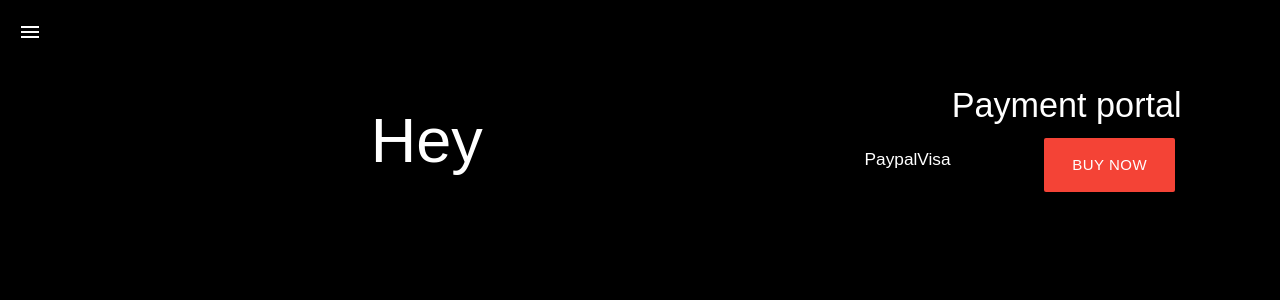
Repository: Ajtheult/final-project
Page: /cart
These files come from the project's save history. The page is drawn as it stood at one moment and after the next save; the edit follows.
The browser window is 1280 px wide. The pictures show the whole page.
Some web fonts or font styles are not loaded; a fallback is used. Some web libraries are served in a nearby version. The project was rebuilt for these pictures with package versions that can differ from the ones it lists, and the page was loaded fresh each time. Also part of the build but not shown: src/layout/pages/LandingPage.js, src/layout/pages/About.js, src/layout/pages/catalogue/Keys.js, src/layout/pages/catalogue/String.js, src/layout/pages/catalogue/Woodwind.js, src/layout/pages/catalogue/Percussion.js, src/layout/pages/login/Login.js, src/layout/pages/login/NewSignUp.js.

Above is the page before, as saved 2020-07-23 10:36:56.

### public/index.html
<!DOCTYPE html>
<html lang="en">
  <head>
    <meta charset="utf-8" />
    <link rel="icon" type="image/png" href="favicon.png" />
    <meta name="viewport" content="width=device-width, initial-scale=1" />
    <meta name="theme-color" content="#000000" />
    <meta
      name="description"
      content="Web site created using create-react-app"
    />

    <link rel="manifest" href="%PUBLIC_URL%/manifest.json" />

    <link
      rel="stylesheet"
      href="https://fonts.googleapis.com/icon?family=Material+Icons"
    />
    <link
      rel="stylesheet"
      href="https://cdnjs.cloudflare.com/ajax/libs/animate.css/4.0.0/animate.min.css"
    />
    <link
      href="https://fonts.googleapis.com/css2?family=Gruppo&family=Qwigley&display=swap"
      rel="stylesheet"
    />

    <title>Ling Ling 40 Hours</title>
  </head>
  <body>
    <noscript>You need to enable JavaScript to run this app.</noscript>
    <div id="root"></div>
  </body>
</html>

### src/index.js
import React from "react";
import ReactDOM from "react-dom";

import "materialize-css/dist/css/materialize.min.css";

import App from "./App";

ReactDOM.render(
  <React.StrictMode>
    <App />
  </React.StrictMode>,
  document.getElementById("root")
);

### src/App.js
import React from "react";
import "./App.css";
import Navbar from "./layout/nav/Navbar";
import LandingPage from "./layout/pages/LandingPage";
import About from "./layout/pages/About";
import Keys from "./layout/pages/catalogue/Keys";
import String from "./layout/pages/catalogue/String";
import Woodwind from "./layout/pages/catalogue/Woodwind";
import Percussion from "./layout/pages/catalogue/Percussion";
import Login from "./layout/pages/login/Login";
import Cart from "./layout/pages/Cart";
import NewSignUp from "./layout/pages/login/NewSignUp";

import { BrowserRouter as Router, Switch, Route } from "react-router-dom";

function App() {
  return (
    <Router>
      <div className="App">
        <Navbar />
        <Switch>
          <Route path="/" exact component={LandingPage} />
          <Route path="/about" component={About} />
          <Route path="/login" component={Login} />
          <Route path="/cart" component={Cart} />
          <Route path="/keys" component={Keys} />
          <Route path="/string" component={String} />
          <Route path="/woodwind" component={Woodwind} />
          <Route path="/percussion" component={Percussion} />
          <Route path="/new-sign-up" component={NewSignUp} />
        </Switch>
      </div>
    </Router>
  );
}

export default App;

### src/App.css
.App {
  text-align: center;
}

/* The text colour is white thats why its not showing */

.text-nav {
  margin-left: 55%;
  font-size: 25px;
}

.a-text-nav {
  font-size: 25px;
}

.size {
  font-size: 30px;
}

img.bg {
  /* Set rules to fill background */
  min-height: 100%;
  min-width: 1024px;

  /* Set up proportionate scaling */
  width: 100%;
  height: auto;

  /* Set up positioning */
  position: fixed;
  top: 0;
  left: 0;
  z-index: -1;
}

div.admin-bg {
  /* Set rules to fill background */
  min-height: 100%;
  min-width: 1024px;

  /* Set up proportionate scaling */
  width: 100%;
  height: auto;

  /* Set up positioning */
  position: fixed;
  top: 0;
  left: 0;
  z-index: -1;
  background-color: black;
}

@media screen and (max-width: 1024px) {
  /* Specific to this particular image */
  img.bg {
    left: 50%;
    margin-left: -512px; /* 50% */
  }

  div.admin-bg {
    left: 50%;
    margin-left: -512px; /* 50% */
  }
}

h1,
h2,
h3,
h4,
h5,
h6,
p {
  color: white;
}

.myback {
  height: 220px;
  width: 300px;
}

.centered {
  position: absolute;
  top: 40%;
  left: 50%;
  transform: translate(-50%, -50%);
  font-size: 140px;
  font-family: "Qwigley", cursive;
  color: rgb(255, 255, 255);
}
/* Login-Start */
body {
  font-family: sans-serif;
  background-color: black;
  background-size: cover;
}

.sign {
  text-align: left;
  margin-left: 20px;
  font-size: 22px;
  font-family: serif;
  color: black;
}
.my_login-box {
  width: 300px;
  position: absolute;
  top: 50%;
  left: 50%;
  transform: translate(-50%, -50%);
}

.my_login-box h1 {
  font-size: 30px;
  margin-bottom: 30px;
  padding: 5px;
  font-family: Times, serif;
  color: black;
}

.my_textbox {
  width: 100%;
  overflow: hidden;
  font-size: 20px;
  padding: 8px;
  margin: 8px;
}

.my_textbox input {
  border: none;
  outline: none;
  background: none;
  color: white;
  font-size: 18px;
  width: 80%;
  float: left;
  margin: 0 10px;
}

.my_btn {
  width: 100%;
  background-color: black;
  border: 10px solid black;
  color: rgb(255, 255, 255);
  padding: 5px;
  font-size: 18px;
  cursor: pointer;
  margin: 12px;
}
/* Login-End */

.colour_of_about_text {
  color: white;
  font-size: 30px;
}

.text-colour {
  color: black;
}

.move_down {
  margin-top: 50%;
}

.card_text_colour {
  color: black;
  font-size: 18px;
  text-align: left;
}

.price {
  margin-top: -10px;
  text-align: left;
}

.cart-btn {
  margin-top: 10px;
}

.headings_popup {
  text-align: left;
}

.instrument_sections {
  color: black;
  font-family: "Qwigley", cursive;
  font-size: 80px;
  margin-top: -5px;
  text-shadow: 2px 0 0 #fff, -2px 0 0 #fff, 0 2px 0 #fff, 0 -2px 0 #fff,
    1px 1px #fff, -1px -1px 0 #fff, 1px -1px 0 #fff, -1px 1px 0 #fff;
}

.about {
  font-family: "Qwigley", cursive;
  font-size: 180px;
  color: black;
  text-shadow: 2px 0 0 #fff, -2px 0 0 #fff, 0 2px 0 #fff, 0 -2px 0 #fff,
    1px 1px #fff, -1px -1px 0 #fff, 1px -1px 0 #fff, -1px 1px 0 #fff;
}

.questions {
  font-family: "Gruppo", cursive;
}

.move_this_up {
  margin-top: -10px;
}

.move_my_products {
  margin-top: -70px;
}

.about_us_move {
  margin-left: 50%;
  margin-top: 19%;
  position: absolute;
  padding: 20px;
  transform: translate(-50%, -50%);
}

.gender_colour {
  color: black;
}

.the_container {
  width: 50%;
}

.move_this_row {
  margin-top: -80px;
}

.sign_up_head {
  font-family: "Qwigley", cursive;
  font-size: 100px;
  color: black;
  text-shadow: 2px 0 0 #fff, -2px 0 0 #fff, 0 2px 0 #fff, 0 -2px 0 #fff,
    1px 1px #fff, -1px -1px 0 #fff, 1px -1px 0 #fff, -1px 1px 0 #fff;
}

### src/layout/nav/Navbar.js
/* eslint-disable jsx-a11y/anchor-is-valid */
import React, { Component } from "react";
import M from "materialize-css/dist/js/materialize.min.js";
import "../../App.css";
import logo from "./logo.jpg";
import mybackground from "./mybackground.jpg";
import { Link } from "react-router-dom";

export class Navbar extends Component {
  componentDidMount() {
    document.addEventListener("DOMContentLoaded", function () {
      var elems = document.querySelectorAll(".sidenav");
      // eslint-disable-next-line
      var instances = M.Sidenav.init(elems, {});
    });
  }

  render() {
    return (
      <div>
        <nav>
          <div className="nav-wrapper black">
            <a
              data-target="slide-out"
              className="sidenav-trigger show-on-large"
            >
              <i className="material-icons">menu</i>
            </a>
          </div>
        </nav>
        <ul id="slide-out" className="sidenav">
          <li>
            <div className="user-view">
              <div className="background">
                <img src={mybackground} className="myback" alt="background" />
              </div>
              <a href="/">
                <img className="circle" src={logo} alt="logo" />
              </a>

              <span className="white-text name size">40 hours</span>
              <br />
            </div>
          </li>
          <Link to="/">
            <li>Home</li>
          </Link>
          <Link to="/about">
            <li>About Us</li>
          </Link>
          <li>
            <div className="divider"></div>
          </li>

          <li>
            <div className="subheader">User</div>
          </li>

          <Link to="/login">
            <li>Login</li>
          </Link>
          <Link to="/new-sign-up">
            <li>Sign up</li>
          </Link>

          <Link to="/cart">
            <li>Cart</li>
          </Link>
          <li>
            <div className="divider"></div>
          </li>

          <li>
            <div className="subheader">Catalogue</div>
          </li>

          <Link to="/keys">
            <li>Keys</li>
          </Link>
          <Link to="/string">
            <li>String</li>
          </Link>
          <Link to="/woodwind">
            <li>Woodwind</li>
          </Link>
          <Link to="/percussion">
            <li>Percussion</li>
          </Link>
          <li>
            <div className="divider"></div>
          </li>
          <li>
            <div className="subheader">My Portfolio</div>
          </li>
          <li>
            <a
              className="waves-effect"
              href="https://ajtheult.github.io/portfolio-v3/"
            >
              Asaph Franks
            </a>
          </li>
        </ul>
      </div>
    );
  }
}

export default Navbar;

### src/layout/pages/Cart.js
import React from "react";
import "../../App.css";

const Cart = () => {
  return (
    <div>
      <div class="row">
        <div class="col s8">
          <h1>Hey</h1>
        </div>

        <div class="col s4">
          <h4>Payment portal</h4>
          <h6 className="left">Paypal</h6>
          <h6 className="left">Visa</h6>
          <a class="waves-effect waves-light btn-large red" href="#h">
            Buy now
          </a>
        </div>
      </div>
    </div>
  );
};

export default Cart;

After the next save:
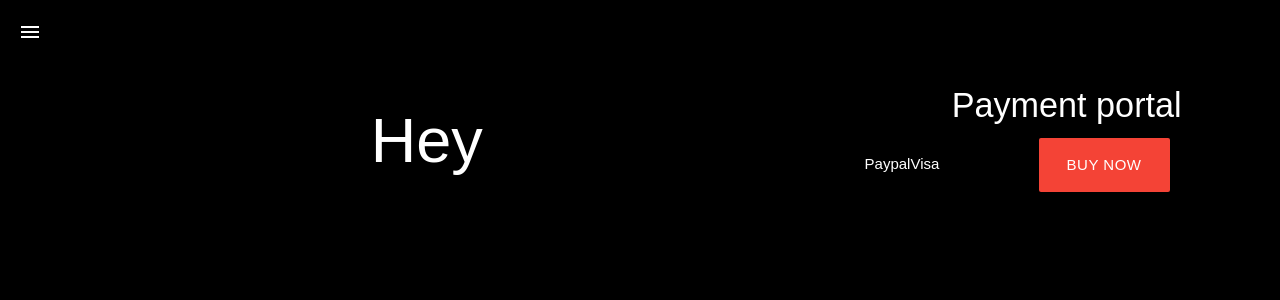
Saved 55 s later.
--- a/src/layout/pages/Cart.js
+++ b/src/layout/pages/Cart.js
@@ -11,8 +11,8 @@ const Cart = () => {
 
         <div class="col s4">
           <h4>Payment portal</h4>
-          <h6 className="left">Paypal</h6>
-          <h6 className="left">Visa</h6>
+          <p className="left">Paypal</p>
+          <p className="left">Visa</p>
           <a class="waves-effect waves-light btn-large red" href="#h">
             Buy now
           </a>
